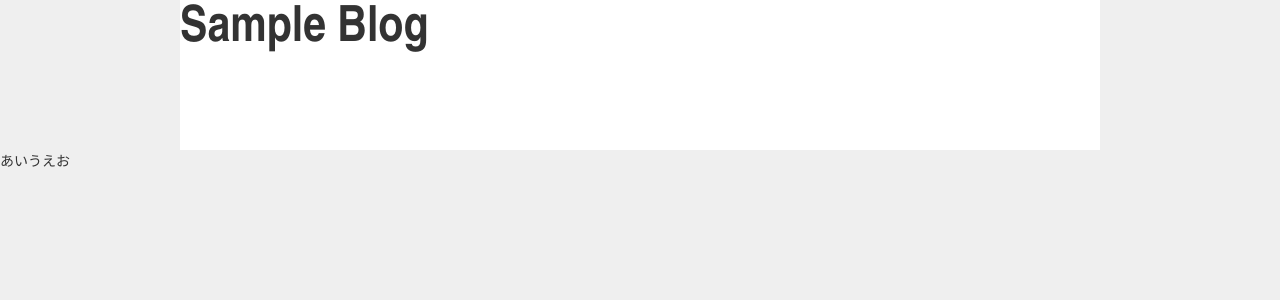
Repository: adahiroOno/front5
Page: html/ouyou/index.html
The author's editor kept a record of every edit. The page is drawn from the files as they stood at one moment, then again after the next edit.
The browser window is 1280 px wide. The pictures show the whole page.

Above is the page before.

After the next edit:
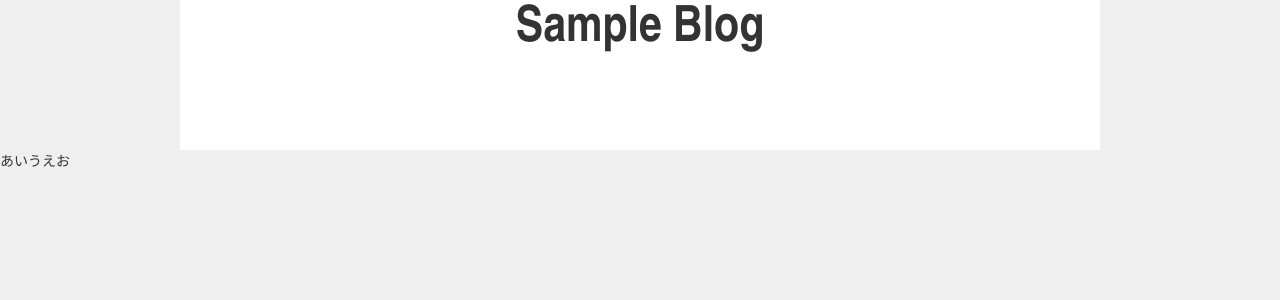
The edit:
--- a/html/ouyou/style.css
+++ b/html/ouyou/style.css
@@ -19,8 +19,7 @@
   justify-content: center
   display: table-cell;; /* アイテムを左右中央に寄せる */
   align-items: center; /* アイテムを上下中央にまとめる */
-  text-
-  text-aligin: center;align: center;
+  text-align: center;
   background-color: #fff;
   height: 150px;
 }
